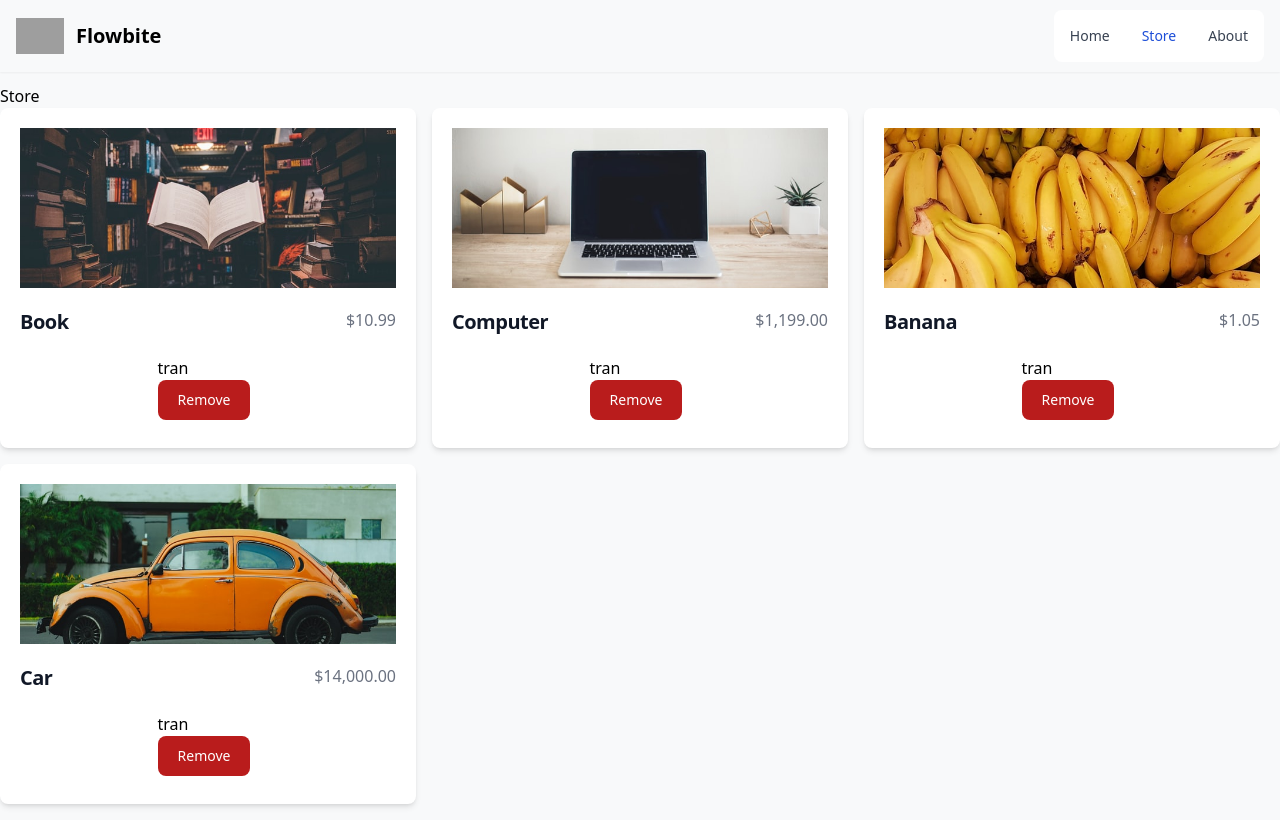
Repository: ducanhaep/react-ts-shopping-cart
Page: /store, after clicking the first element matching `button.text-white`
These files come from the project's save history. The page is drawn as it stood at one moment and after the next save; the edit follows.
The browser window is 1280 px wide. The pictures show the whole page.
Pictures or frames that could not be fetched are drawn as grey boxes. The project was rebuilt for these pictures with package versions that can differ from the ones it lists, and the page was loaded fresh each time. Also part of the build but not shown: vite.config.ts, src/pages/About.js, src/pages/Home.js.

Above is the page before, as saved 2023-01-11 20:00:41.

### src/App.tsx
import { Routes, Route } from "react-router-dom";
import { About } from "./pages/About";
import { Home } from "./pages/Home";
import { Store } from "./pages/Store";
import { Navbar } from "./components/Navbar";
function App() {
  return (
    <>
      <Navbar />
      <div className="container mb-4">
        <Routes>
          <Route path="/" element={<Home />} />
          <Route path="/store" element={<Store />} />
          <Route path="/about" element={<About />} />
        </Routes>
      </div>
    </>
  );
}

export default App;

### src/index.css
@tailwind base;
@tailwind components;
@tailwind utilities;
:root {
  font-synthesis: none;
  text-rendering: optimizeLegibility;
  -webkit-font-smoothing: antialiased;
  -moz-osx-font-smoothing: grayscale;
  -webkit-text-size-adjust: 100%;
}

/* Box sizing rules */
*,
*::before,
*::after {
  box-sizing: border-box;
}

/* Remove default margin */
body,
h1,
h2,
h3,
h4,
p,
figure,
blockquote,
dl,
dd {
  margin: 0;
}

/* Remove list styles on ul, ol elements with a list role, which suggests default styling will be removed */
ul[role="list"],
ol[role="list"] {
  list-style: none;
}

/* Set core root defaults */
html:focus-within {
  scroll-behavior: smooth;
}

/* Set core body defaults */
body {
  min-height: 100vh;
  text-rendering: optimizeSpeed;
  line-height: 1.5;
  background-color: #f8f9fa;
}

input,
button,
textarea,
select {
  font: inherit;
}

### src/pages/Store.tsx
import { StoreItem } from "../components/StoreItem";
import storeItems from "../data/items.json";
export function Store() {
  return (
    <>
      <h1>Store</h1>
      <div className="grid grid-cols-1 md:grid-cols-3 2xl:grid-cols-4 gap-8 md:gap-4">
        {storeItems.map((item) => (
          <StoreItem {...item} key={item.id} />
        ))}
      </div>
    </>
  );
}

### src/components/Navbar.tsx
import { Link, NavLink } from "react-router-dom";
import { BsFillCartFill } from "react-icons/bs";

export function Navbar() {
  return (
    <div className="shadow-sm mb-3">
      <nav className="containerbg-white border-gray-200 px-2 sm:px-4 py-2.5 rounded dark:bg-gray-900">
        <div className="container flex flex-wrap items-center justify-between mx-auto">
          <a href="#" className="flex items-center">
            <img
              src="https://flowbite.com/docs/images/logo.svg"
              className="h-6 mr-3 sm:h-9"
              alt="Flowbite Logo"
            />
            <span className="self-center text-xl font-semibold whitespace-nowrap dark:text-white">
              Flowbite
            </span>
          </a>
          <button
            data-collapse-toggle="navbar-default"
            type="button"
            aria-controls="navbar-default"
            aria-expanded="false"
            className="relative md:hidden text-blue-700 hover:text-white border border-blue-700 hover:bg-blue-800 focus:outline-none  font-medium rounded-lg text-sm px-5 py-2.5 text-center mr-2 mb-2"
          >
            <BsFillCartFill />
            <div className="absolute inline-flex items-center justify-center w-6 h-6 text-xs font-bold text-white bg-red-500 border-2 border-white rounded-full -top-2 -right-2 dark:border-gray-900">
              20
            </div>
          </button>
          <div className="hidden w-full md:block md:w-auto" id="navbar-default">
            <ul className="flex flex-col p-4 mt-4 border border-gray-100 rounded-lg bg-gray-50 md:flex-row md:space-x-8 md:mt-0 md:text-sm md:font-medium md:border-0 md:bg-white dark:bg-gray-800 md:dark:bg-gray-900 dark:border-gray-700">
              <li>
                <NavLink
                  to="/"
                  className={({ isActive }) =>
                    isActive
                      ? "text-white bg-blue-700 rounded md:bg-transparent md:text-blue-700 md:p-0 dark:text-white"
                      : "block py-2 pl-3 pr-4 text-gray-700 rounded hover:bg-gray-100 md:hover:bg-transparent md:border-0 md:hover:text-blue-700 md:p-0 dark:text-gray-400 md:dark:hover:text-white dark:hover:bg-gray-700 dark:hover:text-white md:dark:hover:bg-transparent"
                  }
                  aria-current="page"
                >
                  Home
                </NavLink>
              </li>
              <li>
                <NavLink
                  to="store"
                  className={({ isActive }) =>
                    isActive
                      ? "text-white bg-blue-700 rounded md:bg-transparent md:text-blue-700 md:p-0 dark:text-white"
                      : "block py-2 pl-3 pr-4 text-gray-700 rounded hover:bg-gray-100 md:hover:bg-transparent md:border-0 md:hover:text-blue-700 md:p-0 dark:text-gray-400 md:dark:hover:text-white dark:hover:bg-gray-700 dark:hover:text-white md:dark:hover:bg-transparent"
                  }
                >
                  Store
                </NavLink>
              </li>
              <li>
                <NavLink
                  to="about"
                  className={({ isActive }) =>
                    isActive
                      ? "text-white bg-blue-700 rounded md:bg-transparent md:text-blue-700 md:p-0 dark:text-white"
                      : "block py-2 pl-3 pr-4 text-gray-700 rounded hover:bg-gray-100 md:hover:bg-transparent md:border-0 md:hover:text-blue-700 md:p-0 dark:text-gray-400 md:dark:hover:text-white dark:hover:bg-gray-700 dark:hover:text-white md:dark:hover:bg-transparent"
                  }
                >
                  About
                </NavLink>
              </li>
            </ul>
          </div>
        </div>
      </nav>
    </div>
  );
}

### src/components/StoreItem.tsx
import { Link } from "react-router-dom";
import { formatCurrency } from "../utilities/formatCurrency";

interface StoreItemProps {
  id: number;
  name: string;
  price: number;
  imgUrl: string;
}
export function StoreItem({ id, name, price, imgUrl }: StoreItemProps) {
  const quantity = 1;
  return (
    <div className="w-full bg-white rounded-lg shadow-md">
      <div className="">
        <Link to="#">
          <img
            src={imgUrl}
            alt="imgUrl"
            className="rounded-t-lg p-5 object-cover h-[200px] w-full"
          />
        </Link>
      </div>
      <div className="flex flex-col px-5">
        <div className="flex justify-between">
          <Link to="#">
            <h5 className="text-xl font-semibold tracking-tight text-gray-900">
              {name}
            </h5>
          </Link>
          <p className="text-gray-500 font-medium">{formatCurrency(price)}</p>
        </div>
        <div className="flex justify-center py-5">
          {quantity === 0 ? (
            <button
              type="button"
              className="text-white w-full bg-blue-700 hover:bg-blue-800 font-medium rounded-lg text-sm px-5 py-2.5 mr-2 mb-2 "
            >
              + Add To Cart
            </button>
          ) : (
            <div className="flex flex-col justify-center">
              <div>tran</div>
              <button
                type="button"
                className="focus:outline-none text-white bg-red-700 hover:bg-red-800 font-medium rounded-lg text-sm px-5 py-2.5 mr-2 mb-2"
              >
                Remove
              </button>
            </div>
          )}
        </div>
      </div>
    </div>
  );
}

### src/data/items.json
[
	{
		"id": 1,
		"name": "Book",
		"price": 10.99,
		"imgUrl": "/imgs/book.jpg"
	},
	{
		"id": 2,
		"name": "Computer",
		"price": 1199,
		"imgUrl": "/imgs/computer.jpg"
	},
	{
		"id": 3,
		"name": "Banana",
		"price": 1.05,
		"imgUrl": "/imgs/banana.jpg"
	},
	{
		"id": 4,
		"name": "Car",
		"price": 14000,
		"imgUrl": "/imgs/car.jpg"
	}
]

### tailwind.config.cjs
/** @type {import('tailwindcss').Config} */
module.exports = {
  content: ["./index.html", "./src/**/*.{js,ts,jsx,tsx}"],
  theme: {
    container: {
      center: true,
    },
    extend: {
      colors: {
        "light-color": "#f8f9fa",
      },
    },
  },
  plugins: [],
};

Loaded but not shown: index.html (common file); src/main.tsx (common file); src/utilities/formatCurrency.ts (common file)

After the next save:
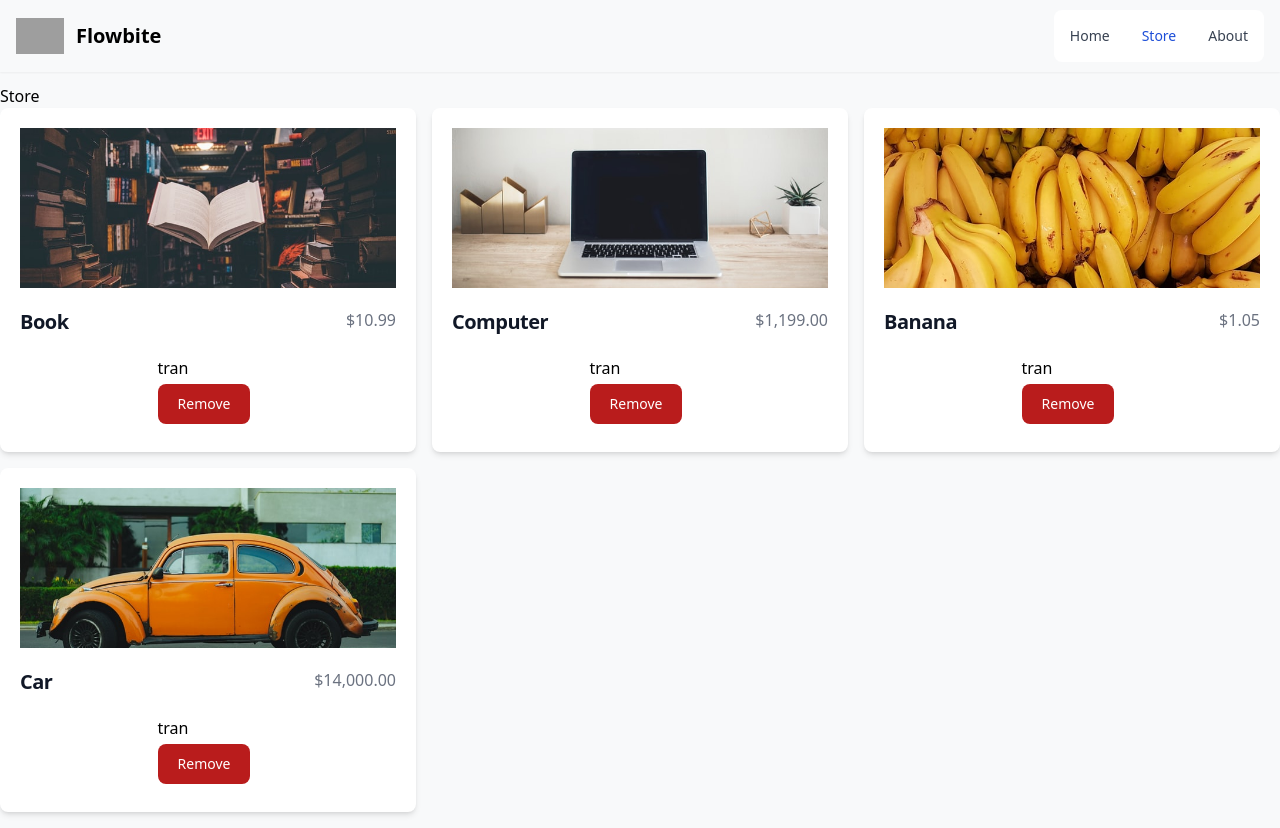
Saved 20 s later.
--- a/src/components/StoreItem.tsx
+++ b/src/components/StoreItem.tsx
@@ -38,7 +38,7 @@ export function StoreItem({ id, name, price, imgUrl }: StoreItemProps) {
               + Add To Cart
             </button>
           ) : (
-            <div className="flex flex-col justify-center">
+            <div className="flex flex-col justify-center gap-1">
               <div>tran</div>
               <button
                 type="button"
